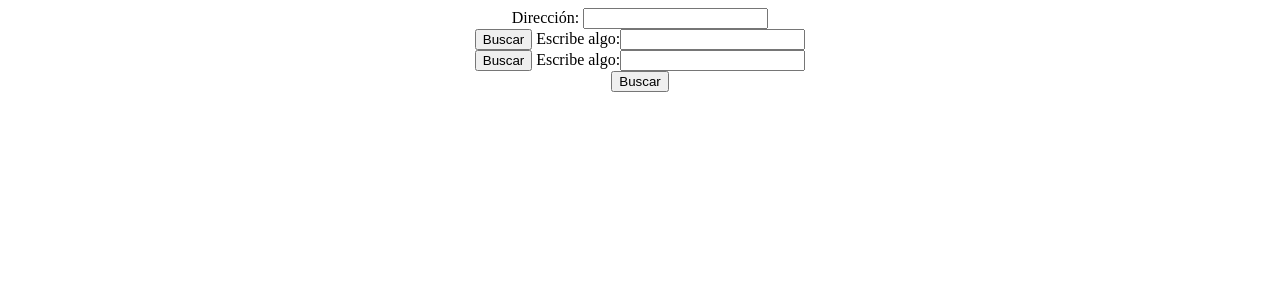
Repository: Jorgee-sk/Ws-Spring
Page: http://localhost/02_buscador_spring/addPagina.jsp
An editor plug-in stored every save of this project. The page is shown before and after a run of saves, followed by the edit.
The browser window is 1280 px wide. The pictures show the whole page.
The page is served by Tomcat 9.

Above is the page before, as saved 2022-04-18 10:44:49.

After the next 2 saves:
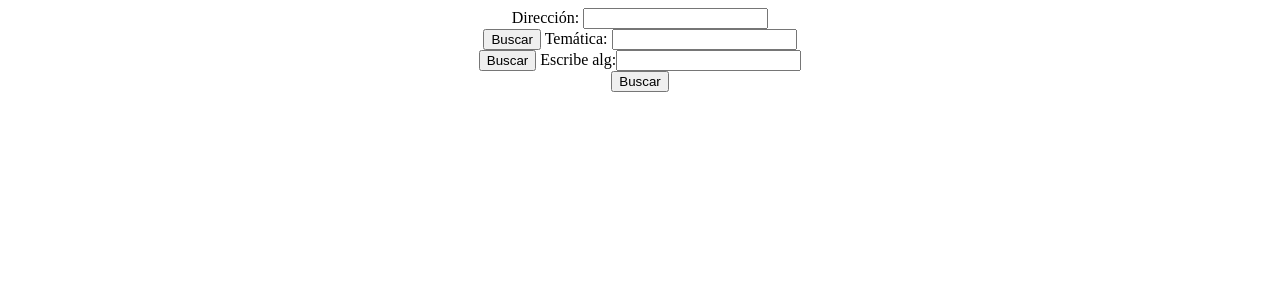
The 2 saves are shown as one change because they came seconds apart.
The last was saved 9 s later.
--- a/02_buscador_spring/src/main/webapp/addPagina.jsp
+++ b/02_buscador_spring/src/main/webapp/addPagina.jsp
@@ -10,10 +10,10 @@
 			Dirección: <input type="text" name="tema"><br>
 			<input type="submit" value="Buscar">
 
-			Escribe algo:<input type="text" name="tema"><br>
+			Temática: <input type="text" name="tema"><br>
 			<input type="submit" value="Buscar">
 
-			Escribe algo:<input type="text" name="tema"><br>
+			Escribe alg:<input type="text" name="tema"><br>
 			<input type="submit" value="Buscar">
 		</form>
 
